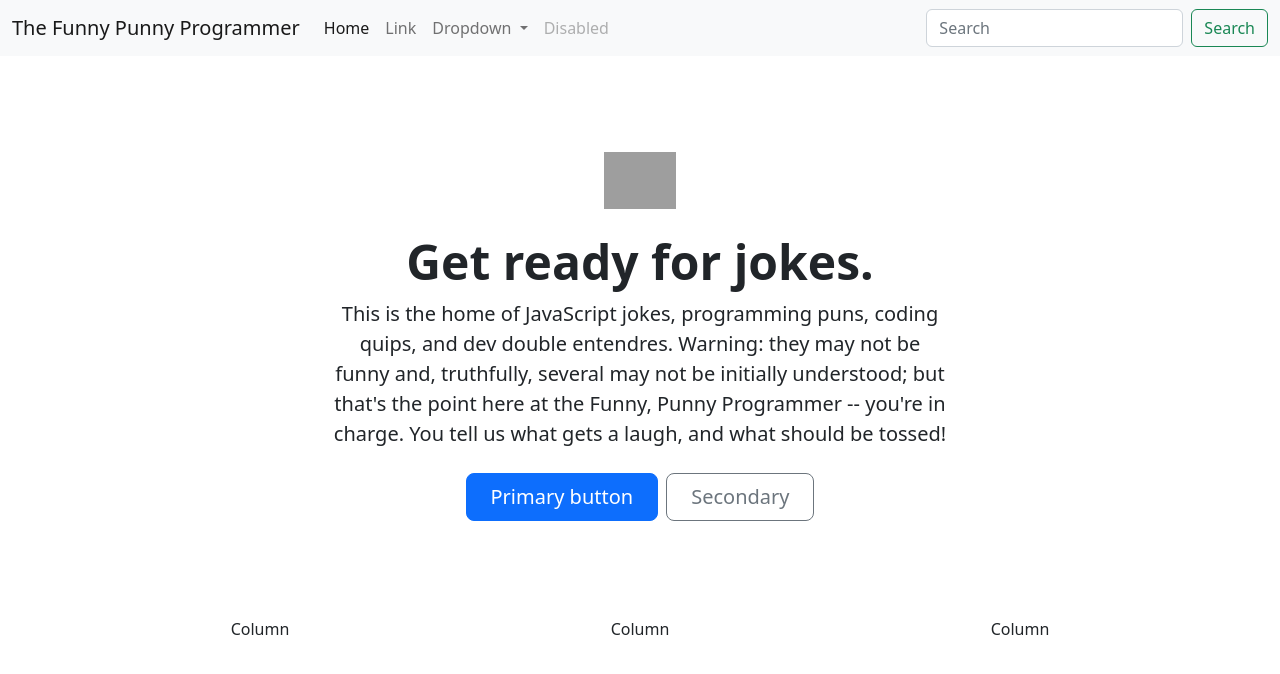
Repository: annferracane/phase-1-personal-project
Page: index.html
The author's editor kept a copy of each file at every save. The page is drawn from the files as they stood at one save, then again after the next save.
The browser window is 1280 px wide. The pictures show the whole page.
Pictures or frames that could not be fetched are drawn as grey boxes. The page's requests for data from a server got no answer.

Above is the page before, as saved 2022-12-07 13:37:06.

After the next save:
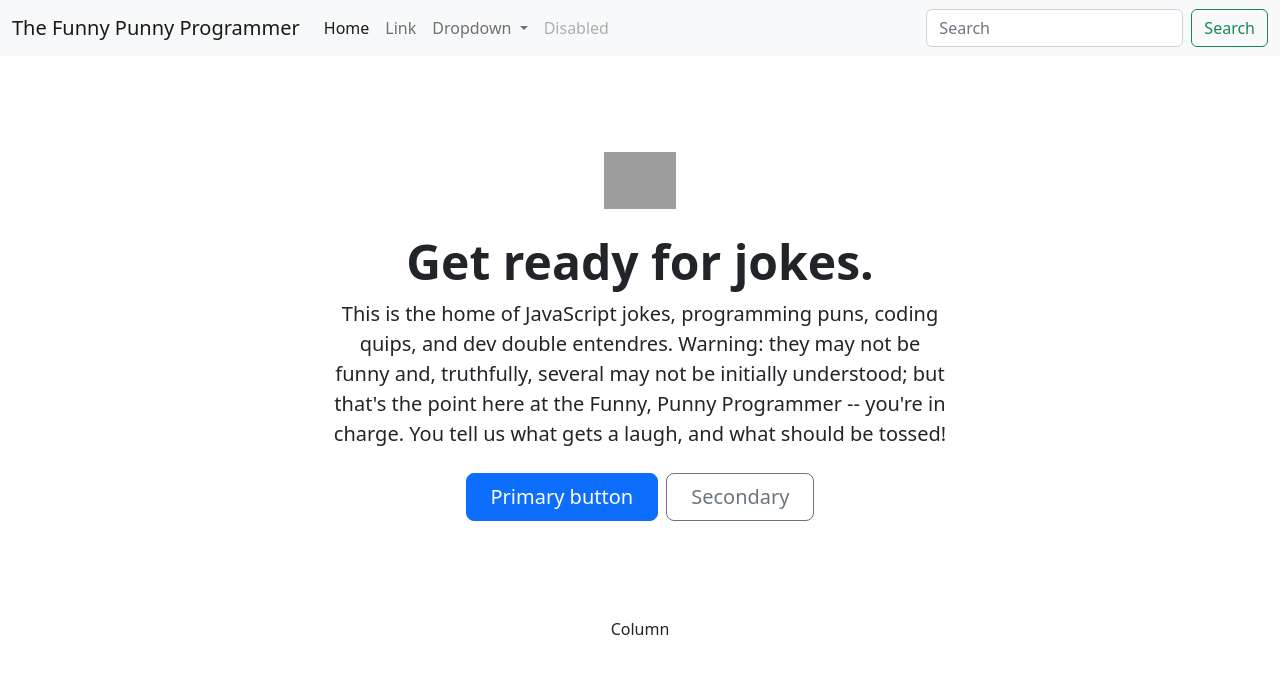
Saved 12 s later.
--- a/index.html
+++ b/index.html
@@ -62,12 +62,6 @@
               <div class="col">
                 Column
               </div>
-              <div class="col">
-                Column
-              </div>
-              <div class="col">
-                Column
-              </div>
             </div>
           </div>
     </body>
